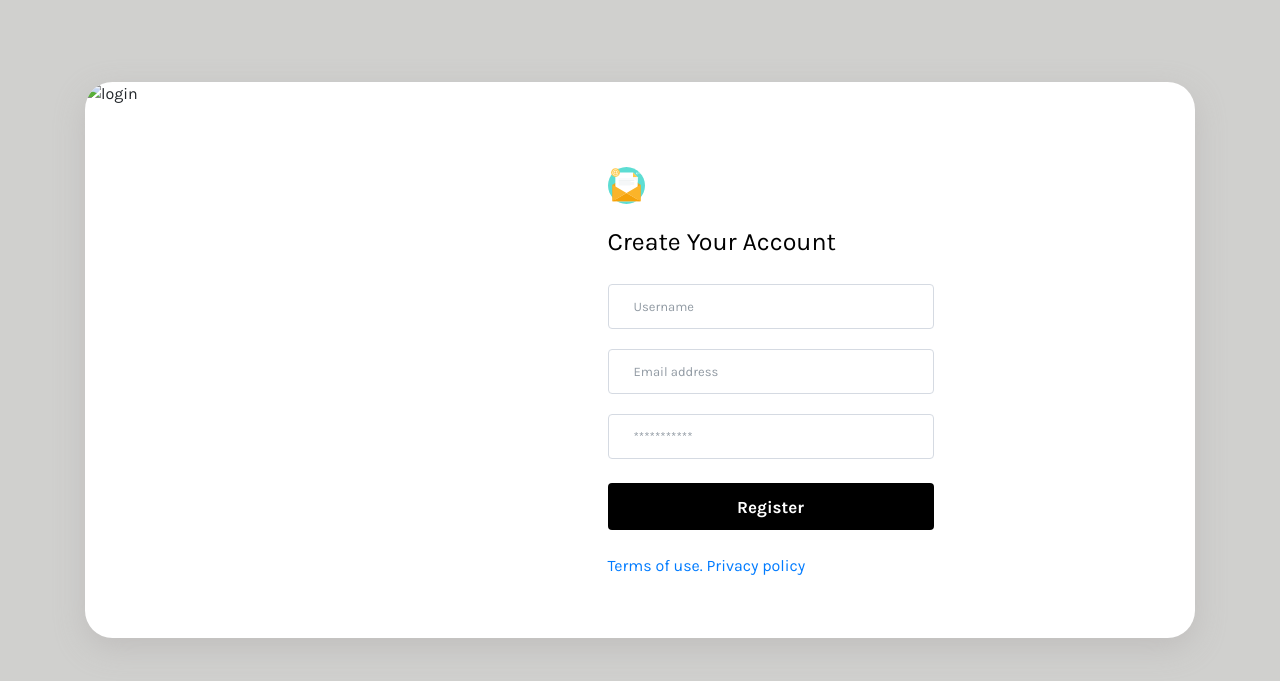
Repository: sara55m/Login
Page: http://localhost/register
The author's editor kept a copy of each file at every save. The page is drawn from the files as they stood at one save, then again after the next save.
The browser window is 1280 px wide. The pictures show the whole page.
Some web libraries are served in a nearby version. The page is served by the project's Laravel application, run on PHP 8.4 with Laravel 10. Other server files are loaded and not shown.

Above is the page before, as saved 2024-03-01 17:17:16.

### routes/web.php
<?php

use Illuminate\Support\Facades\Route;

/*
|--------------------------------------------------------------------------
| Web Routes
|--------------------------------------------------------------------------
|
| Here is where you can register web routes for your application. These
| routes are loaded by the RouteServiceProvider and all of them will
| be assigned to the "web" middleware group. Make something great!
|
*/

Route::get('/', function () {
    return view('welcome');
});


Route::get('/register', function () {
    return view('register');
});

### resources/views/register.blade.php
<!DOCTYPE html>
<html lang="en">
<head>
  <meta charset="UTF-8">
  <meta name="viewport" content="width=device-width, initial-scale=1.0">
  <meta http-equiv="X-UA-Compatible" content="ie=edge">
  <title>Register Template</title>
  <link href="https://fonts.googleapis.com/css?family=Karla:400,700&display=swap" rel="stylesheet">
  <link rel="stylesheet" href="https://cdn.materialdesignicons.com/4.8.95/css/materialdesignicons.min.css">
  <link rel="stylesheet" href="https://stackpath.bootstrapcdn.com/bootstrap/4.4.1/css/bootstrap.min.css">
  <link rel="stylesheet" href="assets/css/login.css">
</head>
<body>
  <main class="d-flex align-items-center min-vh-100 py-3 py-md-0">
    <div class="container">
      <div class="card login-card">
        <div class="row no-gutters">
          <div class="col-md-5">
            <img src="assets/images/images.jpg" alt="login" class="login-card-img">
          </div>
          <div class="col-md-7">
            <div class="card-body">
              <div class="brand-wrapper">
                <img src="assets/images/email.svg" alt="logo" class="logo">
              </div>
              <p class="login-card-description">Create Your Account</p>
              <form action="#!">
                <div class="form-group">
                    <label for="username" class="sr-only">Username</label>
                    <input type="text" name="username" id="username" class="form-control" placeholder="Username">
                  </div>
                  <div class="form-group">
                    <label for="email" class="sr-only">Email</label>
                    <input type="email" name="email" id="email" class="form-control" placeholder="Email address">
                  </div>
                  <div class="form-group mb-4">
                    <label for="password" class="sr-only">Password</label>
                    <input type="password" name="password" id="password" class="form-control" placeholder="***********">
                  </div>
                  <input name="register" id="register" class="btn btn-block login-btn mb-4" type="button" value="Register">
                </form>

                  <a href="#!">Terms of use.</a>
                  <a href="#!">Privacy policy</a>
                </nav>
            </div>
          </div>
        </div>
      </div>
      <!-- <div class="card login-card">
        <img src="assets/images/login.jpg" alt="login" class="login-card-img">
        <div class="card-body">
          <h2 class="login-card-title">Login</h2>
          <p class="login-card-description">Sign in to your account to continue.</p>
          <form action="#!">
            <div class="form-group">
              <label for="email" class="sr-only">Email</label>
              <input type="email" name="email" id="email" class="form-control" placeholder="Email">
            </div>
            <div class="form-group">
              <label for="password" class="sr-only">Password</label>
              <input type="password" name="password" id="password" class="form-control" placeholder="Password">
            </div>
            <div class="form-prompt-wrapper">
              <div class="custom-control custom-checkbox login-card-check-box">
                <input type="checkbox" class="custom-control-input" id="customCheck1">
                <label class="custom-control-label" for="customCheck1">Remember me</label>
              </div>
              <a href="#!" class="text-reset">Forgot password?</a>
            </div>
            <input name="login" id="login" class="btn btn-block login-btn mb-4" type="button" value="Login">
          </form>
          <p class="login-card-footer-text">Don't have an account? <a href="#!" class="text-reset">Register here</a></p>
        </div>
      </div> -->
    </div>
  </main>
  <script src="https://code.jquery.com/jquery-3.4.1.min.js"></script>
  <script src="https://cdn.jsdelivr.net/npm/popper.js@1.16.0/dist/umd/popper.min.js"></script>
  <script src="https://stackpath.bootstrapcdn.com/bootstrap/4.4.1/js/bootstrap.min.js"></script>
</body>
</html>

### public/assets/css/login.css
body {
  font-family: "Karla", sans-serif;
  background-color: #d0d0ce;
  min-height: 100vh; }

.brand-wrapper {
  margin-bottom: 19px; }
  .brand-wrapper .logo {
    height: 37px; }

.login-card {
  border: 0;
  border-radius: 27.5px;
  box-shadow: 0 10px 30px 0 rgba(172, 168, 168, 0.43);
  overflow: hidden; }
  .login-card-img {
    border-radius: 0;
    position: absolute;
    width: 100%;
    height: 100%;
    -o-object-fit: cover;
       object-fit: cover; }
  .login-card .card-body {
    padding: 85px 60px 60px; }
    @media (max-width: 422px) {
      .login-card .card-body {
        padding: 35px 24px; } }
  .login-card-description {
    font-size: 25px;
    color: #000;
    font-weight: normal;
    margin-bottom: 23px; }
  .login-card form {
    max-width: 326px; }
  .login-card .form-control {
    border: 1px solid #d5dae2;
    padding: 15px 25px;
    margin-bottom: 20px;
    min-height: 45px;
    font-size: 13px;
    line-height: 15;
    font-weight: normal; }
    .login-card .form-control::-webkit-input-placeholder {
      color: #919aa3; }
    .login-card .form-control::-moz-placeholder {
      color: #919aa3; }
    .login-card .form-control:-ms-input-placeholder {
      color: #919aa3; }
    .login-card .form-control::-ms-input-placeholder {
      color: #919aa3; }
    .login-card .form-control::placeholder {
      color: #919aa3; }
  .login-card .login-btn {
    padding: 13px 20px 12px;
    background-color: #000;
    border-radius: 4px;
    font-size: 17px;
    font-weight: bold;
    line-height: 20px;
    color: #fff;
    margin-bottom: 24px; }
    .login-card .login-btn:hover {
      border: 1px solid #000;
      background-color: transparent;
      color: #000; }
  .login-card .forgot-password-link {
    font-size: 14px;
    color: #919aa3;
    margin-bottom: 12px; }
  .login-card-footer-text {
    font-size: 16px;
    color: #0d2366;
    margin-bottom: 60px; }
    @media (max-width: 767px) {
      .login-card-footer-text {
        margin-bottom: 24px; } }
  .login-card-footer-nav a {
    font-size: 14px;
    color: #919aa3; }

/*# sourceMappingURL=login.css.map */

### public/assets/images/email.svg
<?xml version="1.0" encoding="iso-8859-1"?>
<!-- Generator: Adobe Illustrator 19.0.0, SVG Export Plug-In . SVG Version: 6.00 Build 0)  -->
<svg version="1.1" id="Layer_1" xmlns="http://www.w3.org/2000/svg" xmlns:xlink="http://www.w3.org/1999/xlink" x="0px" y="0px"
	 viewBox="0 0 512 512" style="enable-background:new 0 0 512 512;" xml:space="preserve">
<path style="fill:#5DDDD3;" d="M255.999,0C397.385,0,512,114.613,512,256.001C512,397.385,397.385,512,255.999,512
	S0,397.385,0,256.001C0,114.613,114.615,0,255.999,0z"/>
<g>
	<path style="fill:#F5A209;" d="M450.359,244.56H61.643l194.358-114.723L450.359,244.56z"/>
	<path style="fill:#F5A209;" d="M61.641,244.56h388.716v229.45H61.641V244.56z"/>
</g>
<path style="fill:#FFFFFF;" d="M101.578,77.635h244.43l64.413,64.413v331.965H101.578V77.637V77.635z"/>
<path style="fill:#ECF0F1;" d="M148.146,162.641h215.701v4.864H148.146V162.641z M148.146,215.039L148.146,215.039h215.701v4.868
	H148.146V215.039z M148.146,224.064L148.146,224.064h215.701v4.866H148.146V224.064z M148.146,233.088L148.146,233.088h215.701
	v4.864H148.146V233.088z M148.146,242.113L148.146,242.113h215.712v4.864H148.146V242.113z M148.146,171.665L148.146,171.665
	h215.701v4.866H148.146V171.665z M148.146,180.69L148.146,180.69h215.701v4.866H148.146V180.69z M148.146,189.714L148.146,189.714
	h215.712v4.864H148.146V189.714z M148.144,198.739L148.144,198.739h165.225v4.864H148.144V198.739z M148.144,251.139
	L148.144,251.139h165.225v4.866H148.144V251.139z"/>
<path style="fill:#FFCA4F;" d="M346.01,77.635v64.413h64.413L346.01,77.635z"/>
<path style="fill:#B3B3B3;" d="M218.214,426.22h73.188v7.15h-73.188V426.22z"/>
<g>
	<path style="fill:#FBB429;" d="M61.641,244.56l194.358,114.723L61.641,474.01V244.56z"/>
	<path style="fill:#FBB429;" d="M450.359,244.56L256.001,359.283L450.359,474.01V244.56z"/>
</g>
<path style="fill:#F5A209;" d="M255.999,359.283L61.641,474.01h388.716L255.999,359.283z"/>
<path style="fill:#F7FAFA;" d="M410.42,206.456v-64.41h-64.41L410.42,206.456z"/>
<path style="fill:#FFCA4F;" d="M103.842,16.605c33.759,0,61.127,27.367,61.127,61.127s-27.369,61.127-61.127,61.127
	c-33.761,0-61.127-27.369-61.127-61.127C42.715,43.971,70.083,16.605,103.842,16.605z"/>
<g>
	<path style="fill:#FFFFFF;" d="M108.481,93.852c-1.905,2.207-4.039,3.98-6.412,5.318c-2.359,1.336-4.732,1.998-7.106,1.998
		c-2.615,0-5.153-0.765-7.631-2.282c-2.463-1.532-4.46-3.876-6.008-7.047c-1.548-3.168-2.313-6.654-2.313-10.44
		c0-4.67,1.202-9.342,3.59-14.029c2.388-4.67,5.36-8.184,8.908-10.544c3.545-2.344,7-3.515,10.334-3.515
		c2.553,0,4.987,0.659,7.313,1.998c2.315,1.338,4.313,3.38,5.98,6.099l1.548-6.835h7.84l-6.339,29.56
		c-0.889,4.116-1.323,6.383-1.323,6.817c0,0.798,0.3,1.488,0.902,2.059c0.602,0.571,1.336,0.855,2.176,0.855
		c1.561,0,3.605-0.886,6.129-2.674c3.349-2.344,6.008-5.483,7.962-9.432c1.951-3.936,2.926-7.99,2.926-12.182
		c0-4.897-1.261-9.463-3.768-13.699c-2.509-4.249-6.264-7.644-11.251-10.2c-4.97-2.538-10.484-3.814-16.508-3.814
		c-6.879,0-13.172,1.607-18.852,4.807c-5.693,3.215-10.109,7.812-13.231,13.805c-3.142,5.995-4.703,12.42-4.703,19.286
		c0,7.181,1.561,13.355,4.688,18.536c3.138,5.197,7.66,9.027,13.577,11.505c5.918,2.476,12.466,3.709,19.663,3.709
		c7.706,0,14.149-1.29,19.345-3.889c5.197-2.582,9.086-5.739,11.672-9.448h7.929c-1.501,3.08-4.07,6.233-7.704,9.432
		c-3.636,3.199-7.962,5.739-12.978,7.6c-5.018,1.863-11.071,2.794-18.131,2.794c-6.52,0-12.528-0.842-18.025-2.509
		c-5.512-1.667-10.197-4.176-14.074-7.523c-3.876-3.365-6.791-7.228-8.758-11.582c-2.463-5.541-3.695-11.52-3.695-17.934
		c0-7.135,1.473-13.952,4.403-20.426c3.587-7.931,8.681-14.014,15.275-18.236c6.595-4.22,14.585-6.324,23.989-6.324
		c7.285,0,13.833,1.486,19.632,4.46c5.799,2.974,10.38,7.404,13.714,13.293c2.855,5.062,4.282,10.577,4.282,16.523
		c0,8.502-2.99,16.043-8.967,22.635c-5.349,5.92-11.176,8.879-17.513,8.879c-2.031,0-3.651-0.317-4.897-0.933
		c-1.248-0.615-2.161-1.502-2.749-2.659C108.933,96.93,108.664,95.653,108.481,93.852z M87.123,81.954L87.123,81.954
		c0,4.026,0.961,7.148,2.871,9.373c1.905,2.238,4.086,3.349,6.562,3.349c1.638,0,3.365-0.498,5.197-1.473
		c1.817-0.992,3.561-2.447,5.214-4.385c1.665-1.938,3.018-4.401,4.07-7.375c1.065-2.974,1.592-5.962,1.592-8.965
		c0-3.982-0.992-7.091-2.974-9.285c-1.982-2.207-4.403-3.305-7.241-3.305c-1.876,0-3.651,0.481-5.318,1.427
		c-1.654,0.961-3.259,2.494-4.82,4.61c-1.548,2.103-2.809,4.67-3.742,7.706c-0.946,3.018-1.411,5.797-1.411,8.321V81.954z"/>
	<path style="fill:#FFFFFF;" d="M473.318,59.119l18.644,16.812l1.707,1.539l-1.707,1.537l-18.644,16.812l-2.767-3.074l14.638-13.203
		h-68.45v-4.145h68.45l-14.638-13.203l2.767-3.074V59.119z"/>
	<path style="fill:#FFFFFF;" d="M405.645,70.798l-18.642,16.814l-1.707,1.537l1.707,1.539l18.642,16.814l2.767-3.076l-14.638-13.203
		h68.45v-4.143h-68.45l14.638-13.205l-2.767-3.076V70.798z"/>
</g>
<g>
</g>
<g>
</g>
<g>
</g>
<g>
</g>
<g>
</g>
<g>
</g>
<g>
</g>
<g>
</g>
<g>
</g>
<g>
</g>
<g>
</g>
<g>
</g>
<g>
</g>
<g>
</g>
<g>
</g>
</svg>

After the next save:
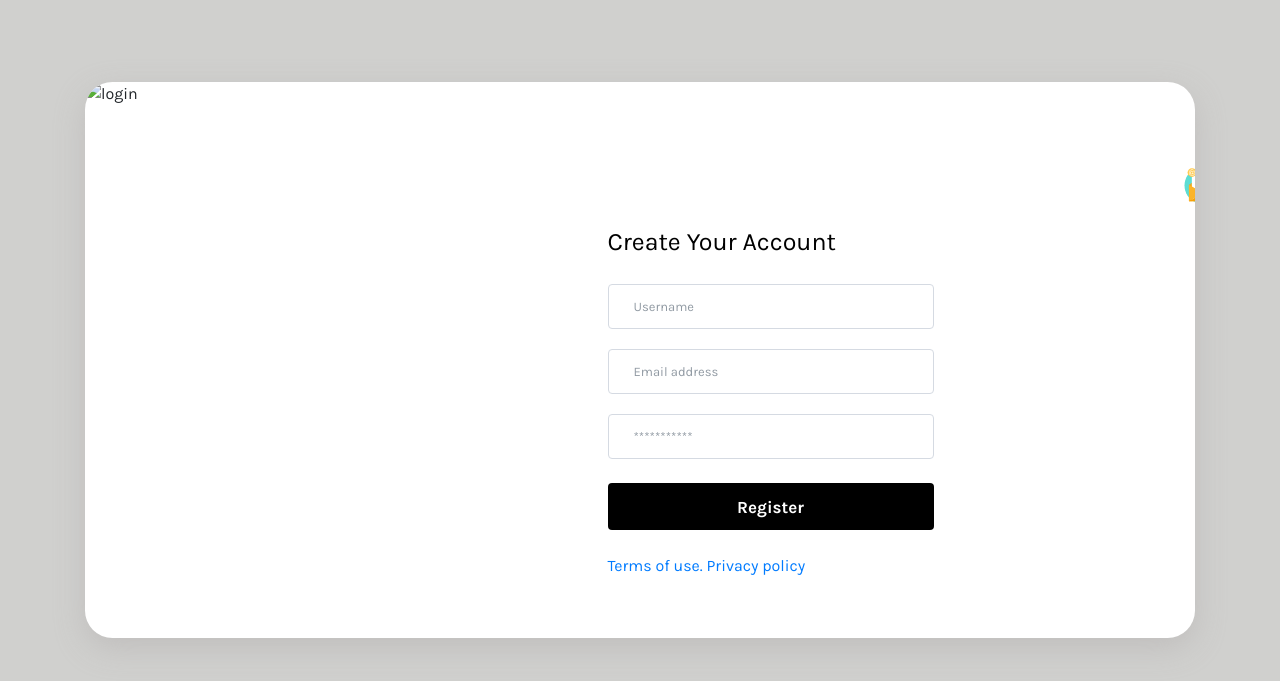
Saved 98 s later.
--- a/resources/views/register.blade.php
+++ b/resources/views/register.blade.php
@@ -21,7 +21,7 @@
           <div class="col-md-7">
             <div class="card-body">
               <div class="brand-wrapper">
-                <img src="assets/images/email.svg" alt="logo" class="logo">
+                <img src="assets/images/email.svg" height="856" width="1190" alt="logo" class="logo">
               </div>
               <p class="login-card-description">Create Your Account</p>
               <form action="#!">
